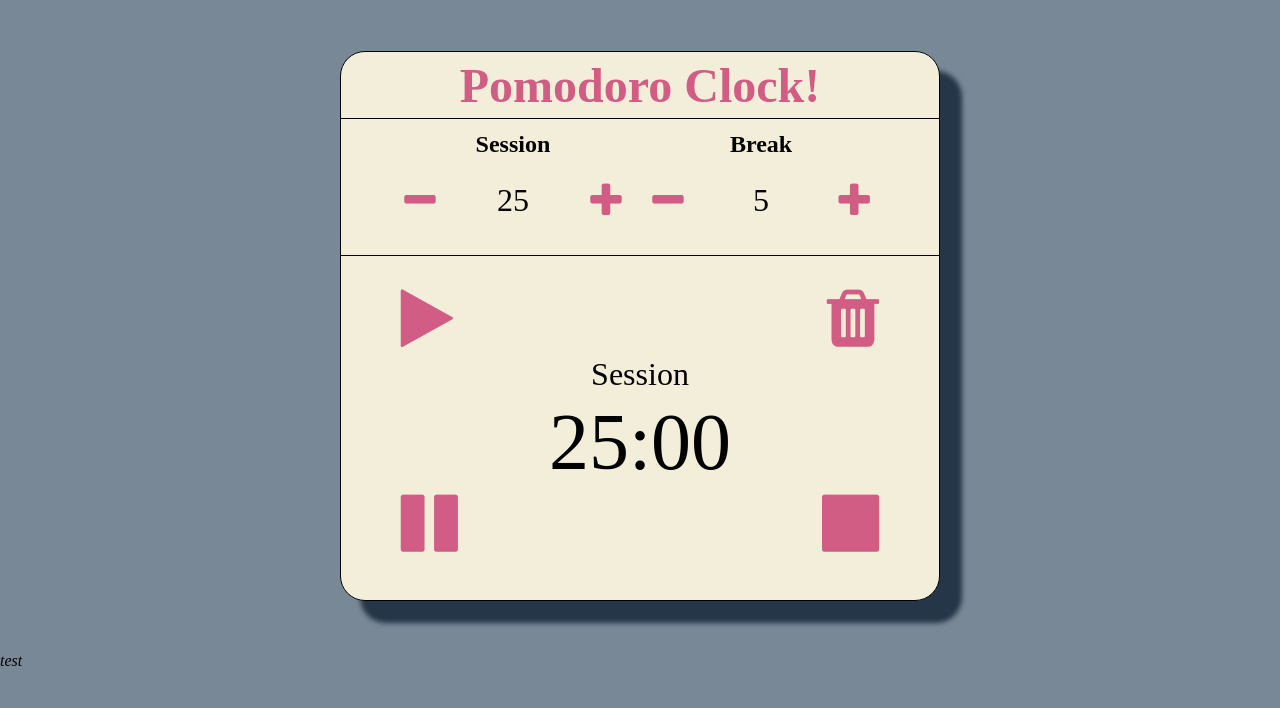
Repository: mcostigliola/pomodoroTimer
Page: index.html
An editor plug-in stored every save of this project. The page is shown before and after the next save, followed by the edit.
The browser window is 1280 px wide. The pictures show the whole page.

Above is the page before, as saved 2020-06-11 19:45:06.

After the next save:
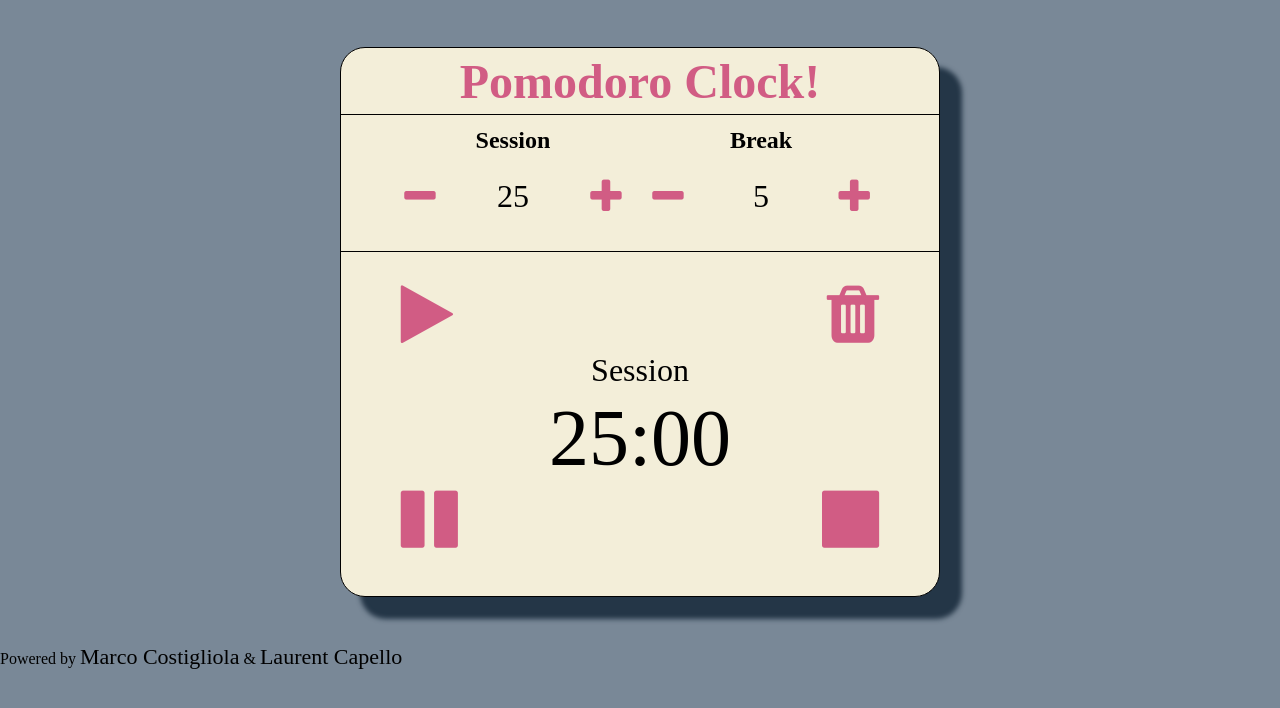
Saved 81 s later.
--- a/index.html
+++ b/index.html
@@ -56,7 +56,7 @@
     </div>
   </div>
   <footer>
-    <em>test</em>
+    Powered by <span class="signature">Marco Costigliola</span> & <span class="signature">Laurent Capello</span>
   </footer>
   <script src='main.js'></script>
 </body>
